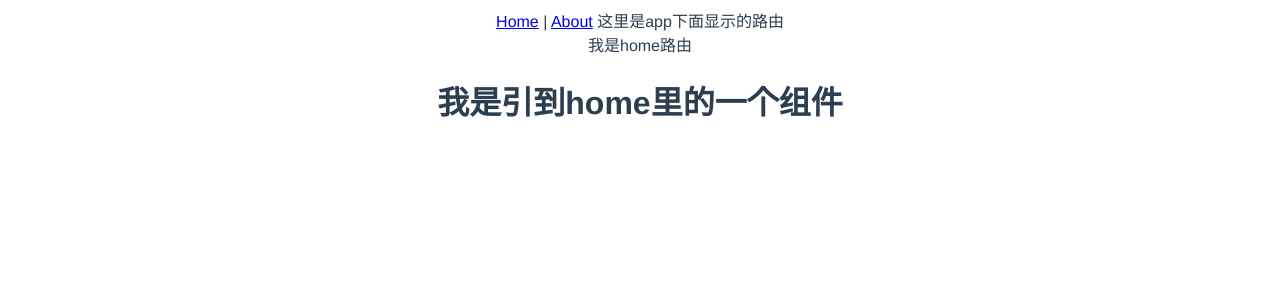
Repository: 12baby/project
Page: /
These files come from the project's save history. The page is drawn as it stood at one moment and after a run of saves; the edit follows.
The browser window is 1280 px wide. The pictures show the whole page.
The project was rebuilt for these pictures with package versions that can differ from the ones it lists, and the page was loaded fresh each time. Also part of the build but not shown: vue.config.js.

Above is the page before, as saved 2019-04-09 13:44:14.

After the next 9 saves:
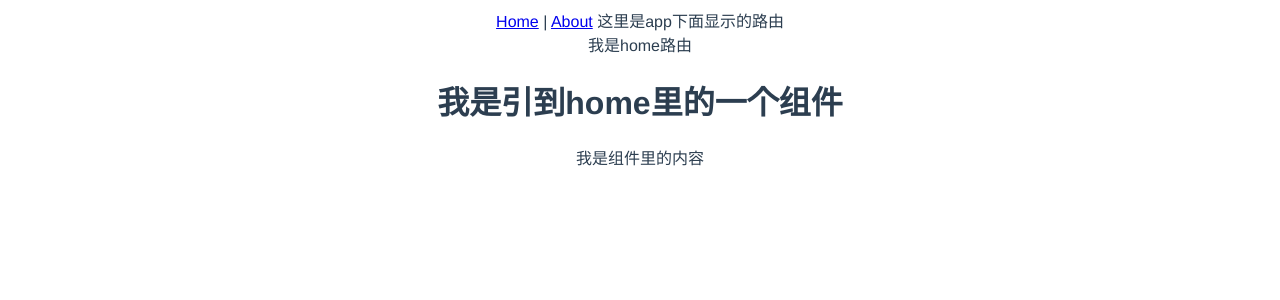
The 9 saves are shown as one change because they came seconds apart.
The last was saved 17 s later.
--- a/src/components/HelloWorld.vue
+++ b/src/components/HelloWorld.vue
@@ -1,7 +1,7 @@
 <template>
   <div class="hello">
     <h1>{{ msg }}</h1>
-
+    <p>我是组件里的内容</p>
   </div>
 </template>
 
